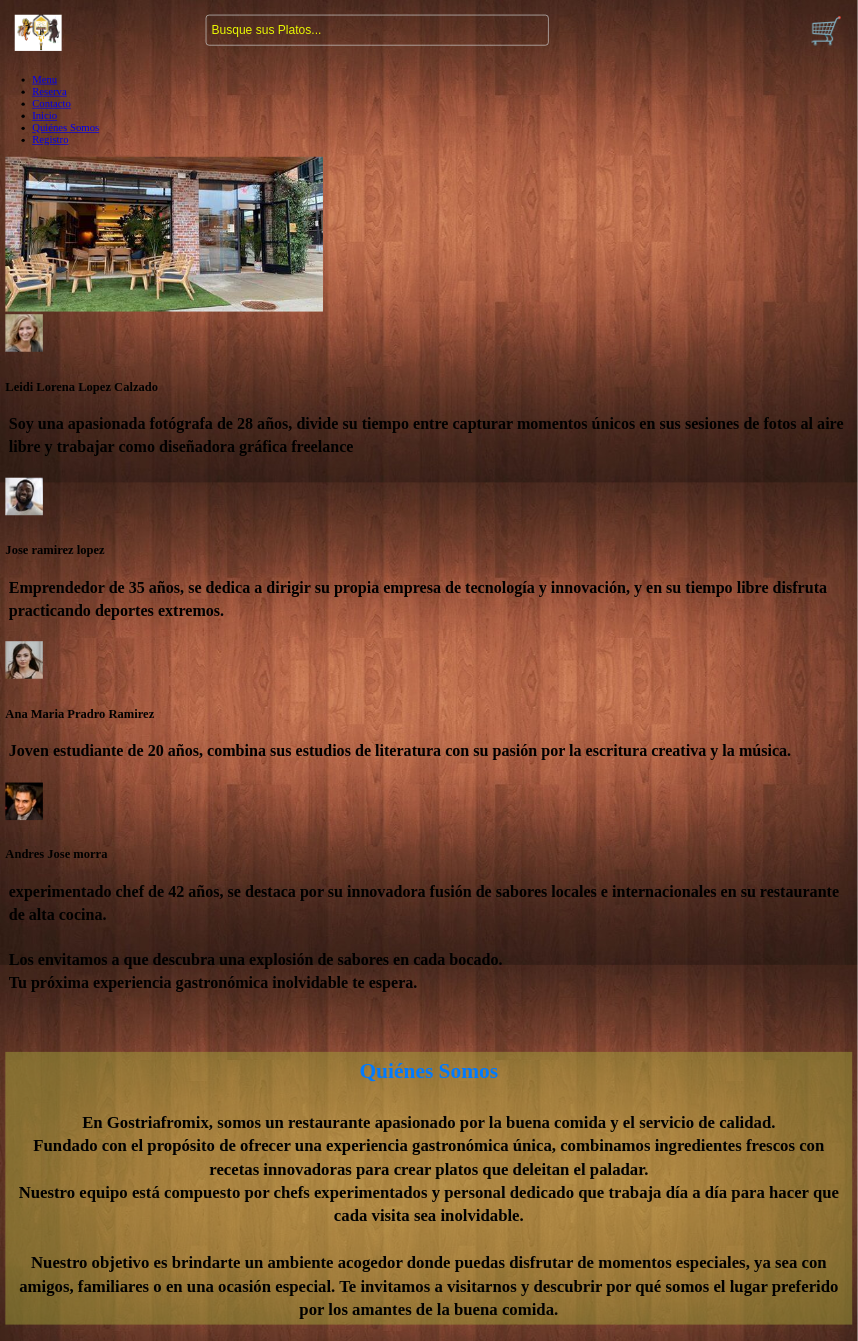
Repository: ye909/app_restaurante
Page: index.html
These files come from the project's save history. The page is drawn as it stood at one moment and after the next save; the edit follows.
The browser window is 1280 px wide. The pictures show the whole page, at 67% of full size.
Backgrounds fixed to the window are drawn as part of the page.

Above is the page before, as saved 2025-01-12 09:05:58.
Console error: ReferenceError: menuItems is not defined

### index.html
<!DOCTYPE html>
<html lang="en">

<head>
  <meta charset="UTF-8">
  <meta name="viewport" content="width=device-width, initial-scale=1.0">
  <title>Document</title>
  <link rel="Icon" href="./public/imagen/letra.ico">
  <link rel="stylesheet" href="/css/menu_principal.css">
  <link rel="stylesheet" href="/css/footer.css">
  <link rel="stylesheet" href="/css/heder.css">
  <link rel="stylesheet" href="/css/modal_card.css">
  <link rel="stylesheet" href="/css/stilo.css">
  <link rel="stylesheet" href="/css/menu_navegacion.css">
  <link rel="stylesheet" href="/css/reservar.css">

</head>

<body>
  <header>
    <div class="container_header_card">
      <div class="imagen"><img src="/public/imagen/login.gif" alt=""></div>

      <input type="text" id="buscar" class="buscar" placeholder="Busque sus Platos...">
      <ul id="productList" class="productList"></ul>

      <div id="cart-btn" class="shopping">🛒</div>

  </header>



  <h1 class="bienvenida" id="bienvenida">BIENVENIDOS/A</h1>
  <nav>
    <ul>
      <li id="menu-btn"><a href="#">Menu</a></li>

      <li><a href="./maquetacion/templei/reserva.html" target="_self">Reserva</a></li>
      <li><a href="#contacto">Contacto</a></li>
      <li><a href="./public/templeis/login.html" target="_self">Inicio</a></li>
      <li><a href="#somos">Quiénes Somos</a></li>
      <li><a href="./public/templeis/registro.html" target="_self">Registro</a> </li>
    </ul>
  </nav>
 <img src="./public/imagen/rrstaurante1.jpg" alt="" class="imgRestaurante" id="imgRestaurante">

  <main id="menu-view" class="menu-view">
    <div class="filter-buttons">
      <button class="filter" data-region="Todos">Todos</button>
      <button class="filter" data-region="Latinoamérica">Latinoamérica</button>
      <button class="filter" data-region="Centroamérica">Centroamérica</button>
      <button class="filter" data-region="Suramérica">Suramérica</button>
    </div>
    <div id="menu-items" class="menu-items"></div>

    <audio id="clickSound" src="./public/imagen/audio/mouse_btn3.mp3"></audio>
  </main>


  <main id="cart-view" class="cart-view">
    <h2 class="carro">Carrito de Compras</h2>
    <div id="cart-items" class="cart-items"></div>
    <div class="cart-total">
      <p>Total: <span id="cart-total">$0.00</span></p>
      <button id="back-to-menu">Volver al Menú</button>
      <button id="Domicilio"> <a href="./maquetacion/templei/domicilio.html"  target="_self">Domicilio</a></button>

    </div>
  </main>

  <div class="container_card_persona">

    <article class="container_persona">
      <img src="./public/imagen/mona.jpg" alt=""><br><br>
      <h3>Leidi Lorena Lopez Calzado</h3>
      <p>Soy una apasionada fotógrafa de 28 años,
         divide su tiempo entre capturar momentos
         únicos en sus sesiones de fotos al aire libre
         y trabajar como diseñadora gráfica freelance </p>
    </article>

    <article class="container_persona">
      <img src="./public/imagen/afro.jpg" alt=""><br><br>
      <h3>Jose ramirez lopez</h3>
      <p>Emprendedor de 35 años,
         se dedica a dirigir su propia empresa de
         tecnología y innovación, y en su tiempo libre
          disfruta practicando deportes extremos.
        </p>
    </article>


    <article class="container_persona">
      <img src="./public/imagen/indigena.jpg" alt=""><br><br>
      <h3>Ana Maria Pradro Ramirez</h3>
      <p>Joven estudiante
         de 20 años, combina sus estudios de
          literatura con su pasión
        por la escritura creativa y la música.</p>
    </article>

    <article class="container_persona">
      <img src="./public/imagen/mestizo.jpg" alt=""><br><br>
      <h3>Andres Jose morra</h3>
      <p>experimentado chef de 42 años,
        se destaca por su innovadora fusión
        de sabores locales e internacionales
        en su restaurante de alta cocina.</p>
    </article>


  </div>
  <p class="text_invitacion"> Los envitamos a que descubra una explosión de sabores en cada bocado. <br>
    Tu próxima experiencia gastronómica inolvidable te espera.
  </p>
  <br> <br>

  <div class="quienes_somos" id="somos">
    <h1 class="titu_quienson">Quiénes Somos</h1>
    <p>En <strong>Gostriafromix</strong>, somos un restaurante apasionado por la buena comida y el servicio de calidad.
      <br>
      Fundado con el propósito de ofrecer una experiencia gastronómica única, combinamos ingredientes frescos con
      recetas innovadoras para crear platos que deleitan el paladar. <br>
      Nuestro equipo está compuesto por chefs experimentados y personal dedicado que trabaja día a día para hacer que
      cada visita sea inolvidable.
    </p>
    <p>Nuestro objetivo es brindarte un ambiente acogedor donde puedas disfrutar de momentos especiales, ya sea con
      amigos, familiares o en una ocasión especial. Te invitamos a
      visitarnos y descubrir por qué somos el lugar preferido por los amantes de la buena comida.</p>
  </div>

  <!--

  <footer>
    <div class="conataine_footer">
      <div>
        <h4>Servicio al ciudadano</h4>
        <p><span>L</span>ínea directa <br> <br> (601) 2773555</p>
        <p id="domicilio"><span>S</span>ervicios ha domicilio<br> <br>328866178 <br><br>Dirreccion calle 12# 43-23 sur
        </p>

      </div>

      <div>
        <h4>Lineas de atencion</h4>
        <p><span>E</span>n Bogotá, <br> desde fijo o celular, al <br><br>
          (601) 307 70 51 <br><br>
          01 8000 930100 <br><br>
          <span>D</span>esde celular marca <br><br>
          #961
        </p>
      </div>
      <div>
        <h4>Redes</h4>
        <div><a href=""><i class="fa-brands fa-facebook"> </i></a> Facebook</div>
        <div><a href=""><i class="fa-brands fa-twitter"></i></a>Twitter</div>
        <div><a href=""><i class="fa-brands fa-linkedin"></i> </a>Linkedin</div>
        <div><a href=""><i class="fa-brands fa-instagram"></i></a> Instagram</div>
      </div>
      <div>
        <h4 id="contacto">Contacto</h4>
        <p><span>D</span>irección Nacional<br><br>
          <span>C</span>arrera 85K No. 46A-66<br><br>
          <span>b</span>ogotá D.C., Colombia<br><br>
          <span>T</span>eléfono administrativo<br><br>
          (60)1 419 3000
        </p>
      </div>

      <div>
        <h4> Canales de atención</h4>
        <p><a href="#">Preguntas frecuentes</p></a><br>
        <p><a href="#">Escríbe tu PQRS</p></a><br>
        <p><a href="#">Nuestras sedes</p></a>
      </div>
    </div>
  </footer>
  <div class="container_final">2024 Bogota Colombia D.C</div> -->


  <script src="./js/script.js"></script>
  <script src="./js/productos.js"></script>
  <script src="./js/dinamico.js"></script>
</body>

</html>

### css/menu_principal.css
/* :scope{

    padding: 0%;
    margin: 0%;
    overflow: scroll;
}

html {
    scroll-behavior: smooth;
    background-image: url(../public/imagen/janos.jpg);
    background-repeat: no-repeat;
    background-size: cover;
    background-attachment: fixed;
    background-size: 100% 100%;
    height: auto;
  }
  .container_card_persona {
    display: flex;
    justify-content: space-around;
    align-items: center;
    flex-direction: row;
    flex-wrap: wrap;
    padding: 10px;
  }
  .container_persona {

    width: 14%;
    background: rgba(26, 25, 25, 0.6);
    border-radius: 4px;
    color: white;
    padding: 10px;
    height: auto;
    box-shadow: rgb(8, 8, 8) 1px 2px 2px 2px;
  }
  .container_persona img {
    object-fit: cover;
    width: 46%;
    margin-left: 80px;
    margin-top: -30px;
    border-radius: 80px;
    box-shadow: rgb(8, 4, 247) 1px 1px 1px;
  }
  .container_persona p,h3 {
    padding: 6px;
    font-size: 18px;
    text-align: center;
  }
  h3 ,.titu_quienson{
    color: yellow;
  }
  .text_invitacion {
    font-size: 25px;
    line-height: 1.4;
    width: 99%;
    text-align: center;
    background: rgba(232, 232, 157, 0.2);
  }
  .quienes-somos {
    width: 100%;
    text-align: center;
    background: rgba(232, 232, 157, 0.4);
  }
  .quienes-somos p {
    font-size: 30px;
    line-height: 1.4;
  } */

### css/footer.css
.conataine_footer {
  display: flex;
  justify-content: space-between;
  flex-direction: row;
  flex-wrap: wrap;
  margin: 10px;
}

p {

  padding: 5px;
  font-size: 20px;
  font-weight: bold;
}
span {
  font-size: 25px;
}
.quienes_somos {
  background:rgba(161, 161, 59, 0.5);
}
.quienes_somos p{
  text-align: center;
font-size: 25px;
}
:is(.container_final) {
  display: flex;
  justify-content: center;
  align-items: center;
}

h4 {
  color: blue;
  font-size: 30px;
}
:is(.container_final, h4, i) {
  padding: 10px;
}
.container_final {
  background: rgba(12, 12, 12, 0.2);
  color: white;
}
.fa-facebook {
  color: rgb(5, 5, 253);
}
.fa-twitter {
  color: rgb(8, 123, 245);
}
.fa-linkedin {
  color: rgb(71, 71, 155);
}
.fa-instagram {
  color: rgb(243, 17, 17);
}
a {
  cursor: pointer;

}
footer a {
  font-size: 20px;
  color: white;
}
footer {
  background: rgba(10, 10, 10, 0.6);
  color: white;
}

### css/heder.css
.container_header_card{
    display: flex;
    justify-content: space-between;
    justify-items: center;
    flex-direction: row;
    flex-wrap: wrap;
    padding: 14px;
    }

 .productList {
     list-style-type: none;
     padding: 0;
 }

 .productList li {
     padding: 10px;
     border-bottom: 1px solid #ccc;
 }

 .productList li:last-child {
     border-bottom: none;
 }

  .container_header_card img{
    width: 70px;
}
  .shopping{
    font-size: 40px;
cursor: pointer;
}
.buscar::placeholder{
    color:rgb(232, 248, 3);
    font-size: 18px;
}

.buscar {
    width: 40%;
    height: 3.9vh;
    background:transparent;
    color:white;
    font-size: 18px;
    border-radius: 5px;
    margin-left: 20px;
}
:is(.bienvenida,
 .buscar){
     padding: 8px;
 }
 .bienvenida{
    background-image:linear-gradient(to left, rgb(4, 151, 4), rgb(248, 244, 7),  red,rgb(14, 14, 240));
    -webkit-text-fill-color:transparent;
    -webkit-background-clip: text;
    background-clip: text;
    text-align: center;


}

### css/modal_card.css
t-items{
     display: none;
}
.menu-items{
  width: 100%;
  height: 100%;
  background: rgba(12, 12, 12, 0.7);
  position: absolute;
}
.card {
display: inline-block;
justify-content: space-between;
flex-direction: row;
flex-wrap: wrap;
margin: 20px;

}
.card {
  width: 15%;
  height: 20vh;
  padding: 10px;
  background: rgba(0, 0, 0, 0.4);
  border-radius: 10px;
  box-shadow: rgb(8, 4, 247) 1px 1px 1px 3px ;
}
h1{
  text-align: center;
  padding: 10px;

}
.carro{
  color:yellow;
}
.card img {
  width: 100%;
  height: 150px;
  object-fit: cover;
  border-radius: 5px;
}
.cart-view,.menu-view{
  display: none;
}


.cart-total {
  text-align: right;
  margin: 20px;
}


.cart-total{
  font-size: 20px;
  color:blue;
}
button {
  width: 270px;
  padding: 10px;

  /* margin: 10px;
  transition: background-color 0.3s ease, transform 0.2s ease;
  border-radius: 20px ;
  background: rgba(247, 247, 248, 0.568) ;
  color: blue;
  font-size: 20px; */
}
/* button:hover {
  border: none;
  background: #0606f8fd;
  color: black;
  box-shadow: rgb(7, 71, 236) 2px 2px 2px, rgb(7, 71, 236) 2px 2px 2px,
    rgb(7, 71, 236) 2px 2px 2px, rgb(7, 71, 236) 2px 2px 2px;
}
     .card button {
  margin-top: 10px;
  background-color: #007bff;
  color: white;
  border: none;
  padding: 10px;
  border-radius: 5px;
  cursor: pointer;
}

.card button:hover {
  background-color: #0056b3;
} */

### css/stilo.css


/*

    .filter-buttons {
      margin: 20px;
      text-align: center;
    }

    .filter {
      margin: 5px;
      padding: 10px 15px;
      background-color: #007bff;
      color: white;
      border: none;
      cursor: pointer;
      border-radius: 5px;
    }

    .filter:hover {
      background-color: #0056b3;
    }
    .menu-items,.cart-view{
      display: flex;
      justify-content: space-between;
      justify-content: center;
      flex-direction: row;
      flex-wrap: wrap;
      gap: 20px;
    }
     */

### css/menu_navegacion.css
/*

ul{
display: flex;
justify-content: space-between;
text-align: center;
flex-direction: row;
flex-wrap: wrap;
}
li{
    font-size: 30px;
    list-style: none;
margin: 10px;

}
.imgRestaurante {
    width: 100%;
    height: 50vh;

  }
a{

    list-style: none;
    text-decoration: none;
    color: blue;
}
li:hover{
    transition: 1s ease , transform 1s ease;
    border-bottom: 2px solid yellow;


}
nav a{
    background-image:linear-gradient(to left, rgb(248, 244, 7),  red);
    -webkit-text-fill-color:transparent;
    -webkit-background-clip: text;
    background-clip: text;
    text-align: center;
} */

### css/reservar.css

html {
    scroll-behavior: smooth;
    background-image: url(../public/imagen/fondo_card.jpg);
    background-repeat: no-repeat;
    background-size: cover;
    background-attachment: fixed;
    background-size: 100% 100%;
    height: auto;
  }
.container {
    max-width: 450px;
    margin: 100px 700px;
    background:rgba(14, 13, 13,0.3);
    box-shadow: rgb(7, 71, 236)  1px 1px 1px 2px,rgb(7, 71, 236) 1px  1px 1px 2px;
    padding: 20px;
    border-radius: 8px;

}
.form{
  padding: 10px;
  margin-left: 30px;
}
.title {
    text-align: center;
    font-size: 30px;
    margin-bottom: 20px;
  }

  .form-group {
    margin-bottom: 15px;
  }


  label {
    display: block;
    margin-bottom: 5px;
    font-weight: bold;
    font-size: 25px;
  }
  ::placeholder{
    font-size: 20px;
  }
  input:focus{

  outline: 1px solid #007BFF;
  background:transparent;
  color:white;
  }
  input, textarea {
    width: 80%;
    padding: 10px;
    border: 1px solid #ccc;
    border-radius: 4px;
  }
  #hora{
    width: 60%;
  }

  .inline-group {
    display: flex;
    gap: 15px;
  }

  .inline-group > div {
    flex: 1;
  }

  textarea {
    resize: vertical;
  }

.submit-button {
  width: 86%;
  padding: 10px;
  background-color: #007BFF;
  color: white;
  border: none;
  border-radius: 4px;
  font-size: 16px;
  cursor: pointer;
}

.submit-button:hover {
  background-color: #0056b3;
}

/*crear la animacion donde el mensaje salga de ariba asta el centro de la panta */

.container_modal_reserva{
  transition: 2s;
  max-width: 450px;
  margin: 100px 700px;
  background:rgba(14, 13, 13,0.3);
  box-shadow: rgb(7, 71, 236)  1px 1px 1px 2px,rgb(7, 71, 236) 1px  1px 1px 2px;
  padding: 20px;
  border-radius: 8px;
 opacity: 0;

}
h1 {
  color: #007bff;
  text-align: center;
}
p {
  line-height: 1.4;
  font-size: 24px;
}
.mensaje{
  text-align: center;
  font-weight: bolder;
}
.validar_nombre{
    font-size: 30px;
    color: white;
}

### js/script.js

  let cart = [];
  let selectedRegion = "Todos";

  const menuView = document.getElementById("menu-view");
  const cartView = document.getElementById("cart-view");
  const menuItemsContainer = document.getElementById("menu-items");
  const cartItemsContainer = document.getElementById("cart-items");
  const cartTotal = document.getElementById("cart-total");

  document.querySelectorAll(".filter").forEach(button => {
    button.addEventListener("click", () => {
      selectedRegion = button.getAttribute("data-region");
      renderMenu();
    });
  });

  document.getElementById("menu-btn").addEventListener("click", () => {

    menuView.style.display = "block";
    cartView.style.display = "none";
    const  imgRestaurante = document.getElementById("imgRestaurante").remove()
    // audio de los botones
const playSound = function () {
  var audio = document.getElementById("clickSound");
  audio.play();
}
playSound()
  });

  document.getElementById("cart-btn").addEventListener("click", () => {
    menuView.style.display = "none";
    cartView.style.display = "block";
    renderCart();
  });

  document.getElementById("back-to-menu").addEventListener("click", () => {
    menuView.style.display = "block";
    cartView.style.display = "none";
  });

  function renderMenu() {
    menuItemsContainer.innerHTML = "";
    const filteredItems = selectedRegion === "Todos" ? menuItems : menuItems.filter(item => item.region === selectedRegion);
    filteredItems.forEach(item => {

      const card = document.createElement("div");
      card.className = "card";
      card.innerHTML = `
        <img src="${item.image}" alt="${item.name}">
        <h3>${item.name}</h3>
        <p>${item.description}</p>
        <p><strong>$${item.price.toFixed(2)}</strong></p>
        <button id="btnaudio" onclick="addToCart(${item.id})">Agregar</button>
      `;
      menuItemsContainer.appendChild(card);
    });
  }

  function renderCart() {
    cartItemsContainer.innerHTML = "";
    cart.forEach(item => {
      const cartItem = document.createElement("div");
      cartItem.className = "card";
      cartItem.innerHTML = `
        <h3>${item.name}</h3>
        <p>Cantidad: ${item.quantity}</p>
        <p><strong>$${(item.price * item.quantity).toFixed(2)}</strong></p>
      `;
      cartItemsContainer.appendChild(cartItem);
    });
    const total = cart.reduce((sum, item) => sum + item.price * item.quantity, 0);
    cartTotal.textContent = `$${total.toFixed(2)}`;
  }

  function addToCart(id) {
    const item = menuItems.find(item => item.id === id);
    const cartItem = cart.find(item => item.id === id);
    if (cartItem) {
      cartItem.quantity++;
    } else {
      cart.push({ ...item, quantity: 1 });
    }
  }

  renderMenu();

### js/productos.js
const menuItems = [
  { id: 1, name: "Tacos al Pastor", description: "Delicious tacos", price: 12.99, image: "https://via.placeholder.com/150", region: "Latinoamérica" },
  { id: 2, name: "Pupusas", description: "Thick griddle cakes", price: 9.99, image: "https://via.placeholder.com/150", region: "Centroamérica" },
  { id: 3, name: "Ceviche", description: "Fresh seafood", price: 15.99, image: "https://via.placeholder.com/150", region: "Suramérica" },
];


// const menuItems = [

//     {
//       id:1,
//       nombre: "Bebida caliente",
//       img: "./public/imagen/bebidas_calientes1.PNG",
//       precio: 20000,
//       descripcion1: "hecho en los mejores lugares de paris",
//       cantidad: 1,
//     },

//     {
//       id:4,
//     precio:10000,
//     nombre:"carne",
//     img:"./public/imagen/mexica1.jpg",
//       descripcion:"Los tacos son uno de los mida "
//     , descripcion1:"tanos"
//     },
//     {
//       id:5,
//       precio:100,
//       nombre:"Sancocho",
//       img:"./public/imagen/sancocho.webp",
//         descripcion:"ya no kkkkk",
//          descripcion1:"plato de casula"
//     },
//     {
//       id:6,
//       precio:30000,
//     nombre:"Lechona",
//     img:"./public/imagen/mexica2.jpg",
//       descripcion:"La lechona es un plato típico de la "
//      ,descripcion1:"plátanos rellenos"
//     },
//     {
//       id:7,
//     precio:90000,
//     nombre:"Postre",
//     img:"./public/imagen/postre2.PNG",
//       descripcion:"ya nhhjshhshao ",
//        descripcion1:"Sabor y dulsura en el plato"
//     },
//     {
//       id:8,
//     precio:10000,
//     nombre:"Coltel",
//     img:"./public/imagen/coltel.webp",
//       descripcion:"Los tacos son uno de comida "
//     , descripcion1:"tanos"
//     },

//     {
//       id:10,
//       precio:30000,
//     nombre:"Cerveza",
//     img:"./public/imagen/cervezas.webp",
//       descripcion:"La lechona es un conoce como "
//      ,descripcion1:"plátanos rellenos"
//     },
//     {
//       id:9,
//       precio:100,
//       nombre:"plátanos rellenos",
//       img:"./public/imagen/platano.PNG",
//         descripcion:"ya no kkkkk",
//          descripcion1:"Rellenos de bocadillo y queso"
//     },
//     {
//       id:10,
//       precio:30000,
//     nombre:"Jugos",
//     img:"./public/imagen/JUGOS_NATURALES.jpg",
//       descripcion:"La lechona es unente se conoce como "
//      ,descripcion1:"plátanos rellenos"
//     },
//     {
//       id:11,
//     precio:90000,
//     nombre:"Arrozanas",
//     img:"./public/imagen/mexico6.jpg",
//       descripcion:"ya nhhjshhshao ",
//        descripcion1:"plátanos rellenos"
//     },
//     {
//     id:11,
//     precio:90000,
//     nombre:"Licor",
//     img:"./public/imagen/licores.webp",
//       descripcion:"ya nhhjshhshao ",
//        descripcion1:"plátanos rellenos"
//     }
//     //    contenido:"ya no"
//   ];

### js/dinamico.js




// texto de bienvenida

setTimeout(()=>{
    const bienvenida = document.getElementById("bienvenida").remove()
    bienvenida.style.transition=" background-color 0.3s ease, transform 0.7s ease; "
},3000)






// // Ejemplo de notificación (opcional)
// document.getElementById('btnboton_agregar').addEventListener('click', () => {
//     if (Notification.permission === 'granted') {
//         new Notification('¡Hola desde tu PWA!');
//     } else if (Notification.permission !== 'denied') {
//         Notification.requestPermission().then((permission) => {
//             if (permission === 'granted') {
//                 new Notification('¡Hola desde tu PWA!');
//             }
//         });
//     }
// });

After the next save:
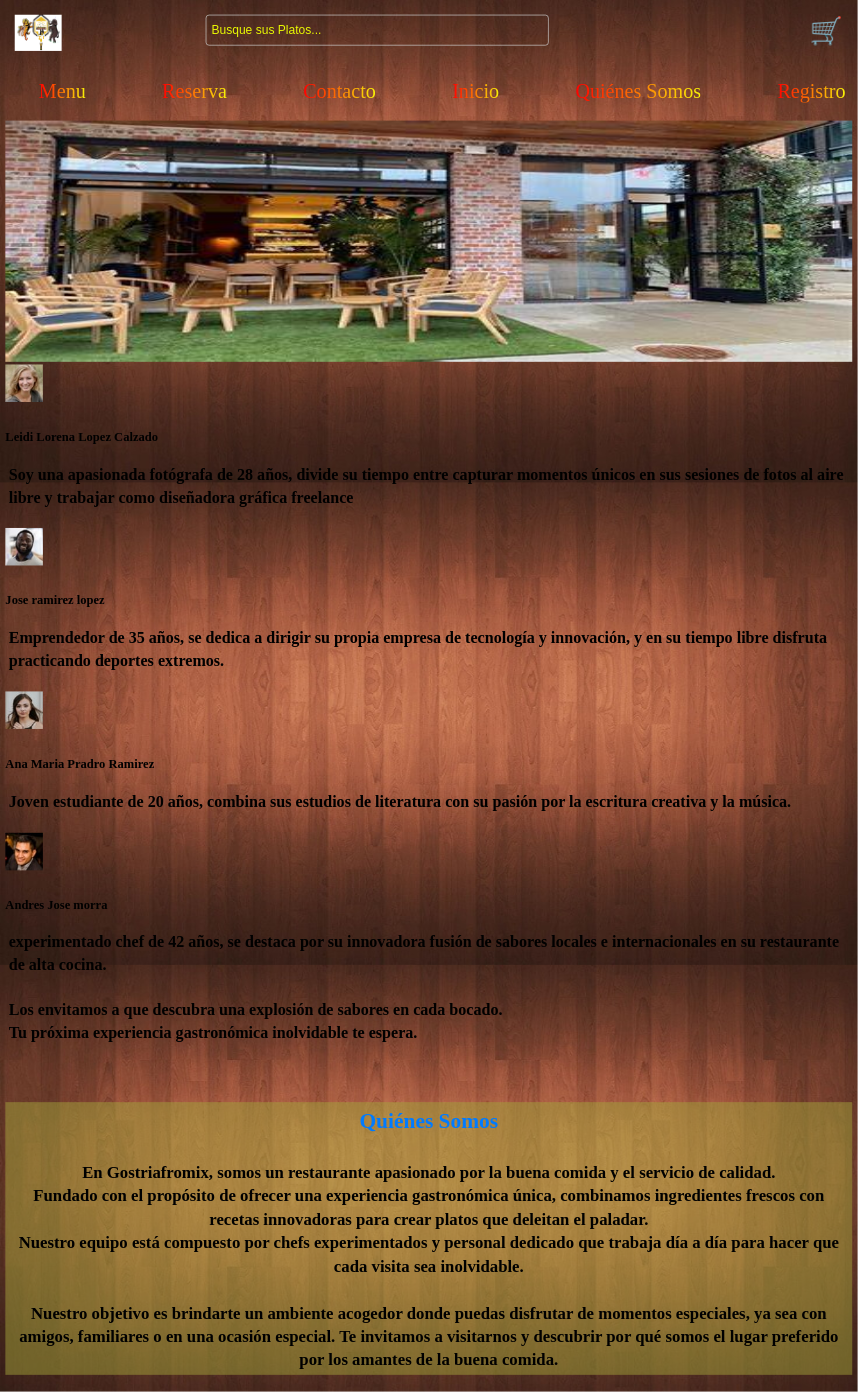
Saved 5 s later.
--- a/css/menu_navegacion.css
+++ b/css/menu_navegacion.css
@@ -1,4 +1,4 @@
-/*
+
 
 ul{
 display: flex;
@@ -36,4 +36,4 @@ nav a{
     -webkit-background-clip: text;
     background-clip: text;
     text-align: center;
-} */
+}
